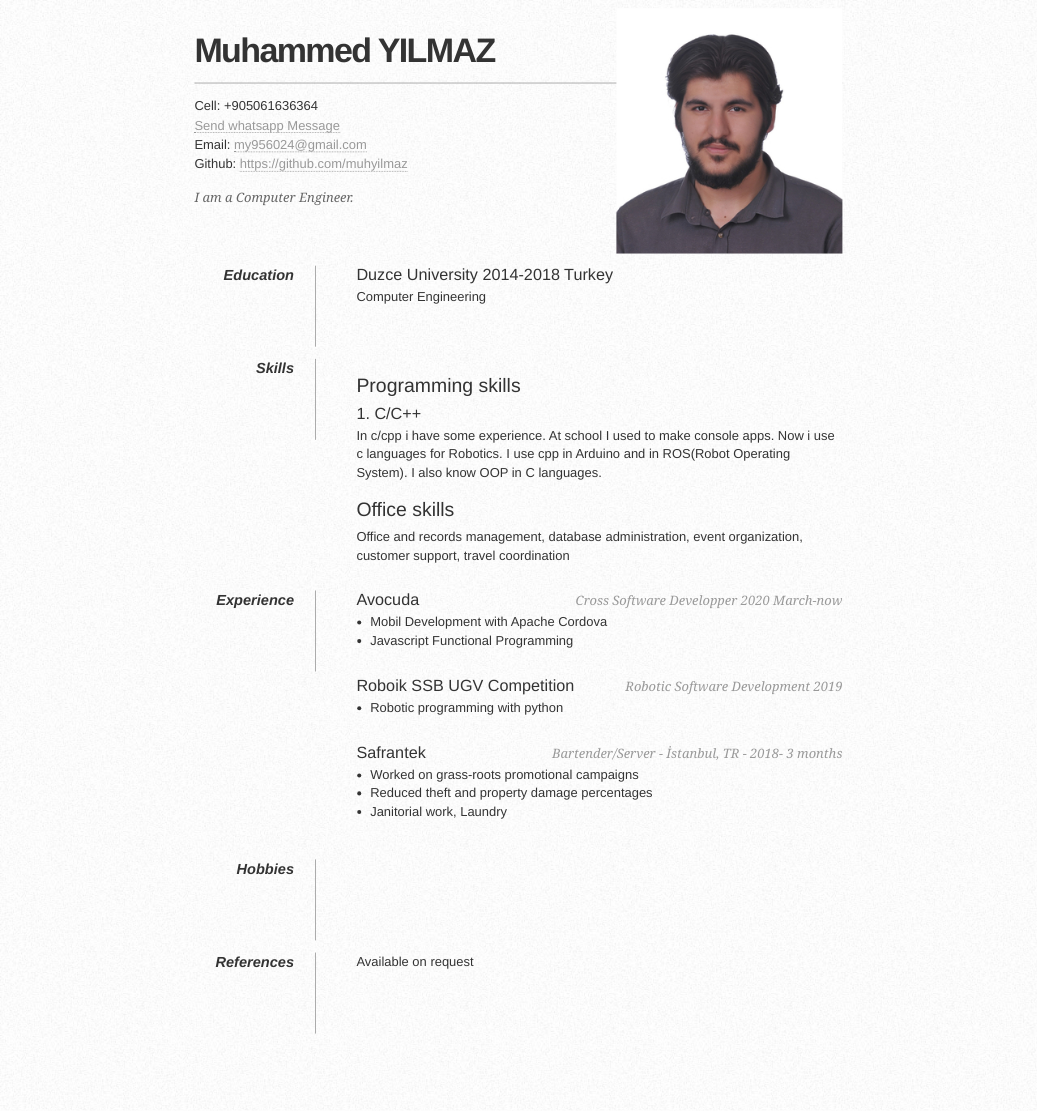
Repository: muhyilmaz/muhyilmaz.github.io
Page: index.html
The author's editor kept a copy of each file at every save. The page is drawn from the files as they stood at one save, then again after the next save.
The browser window is 1280 px wide. The pictures show the whole page, at 81% of full size.

Above is the page before, as saved 2020-06-08 18:32:17.

After the next save:
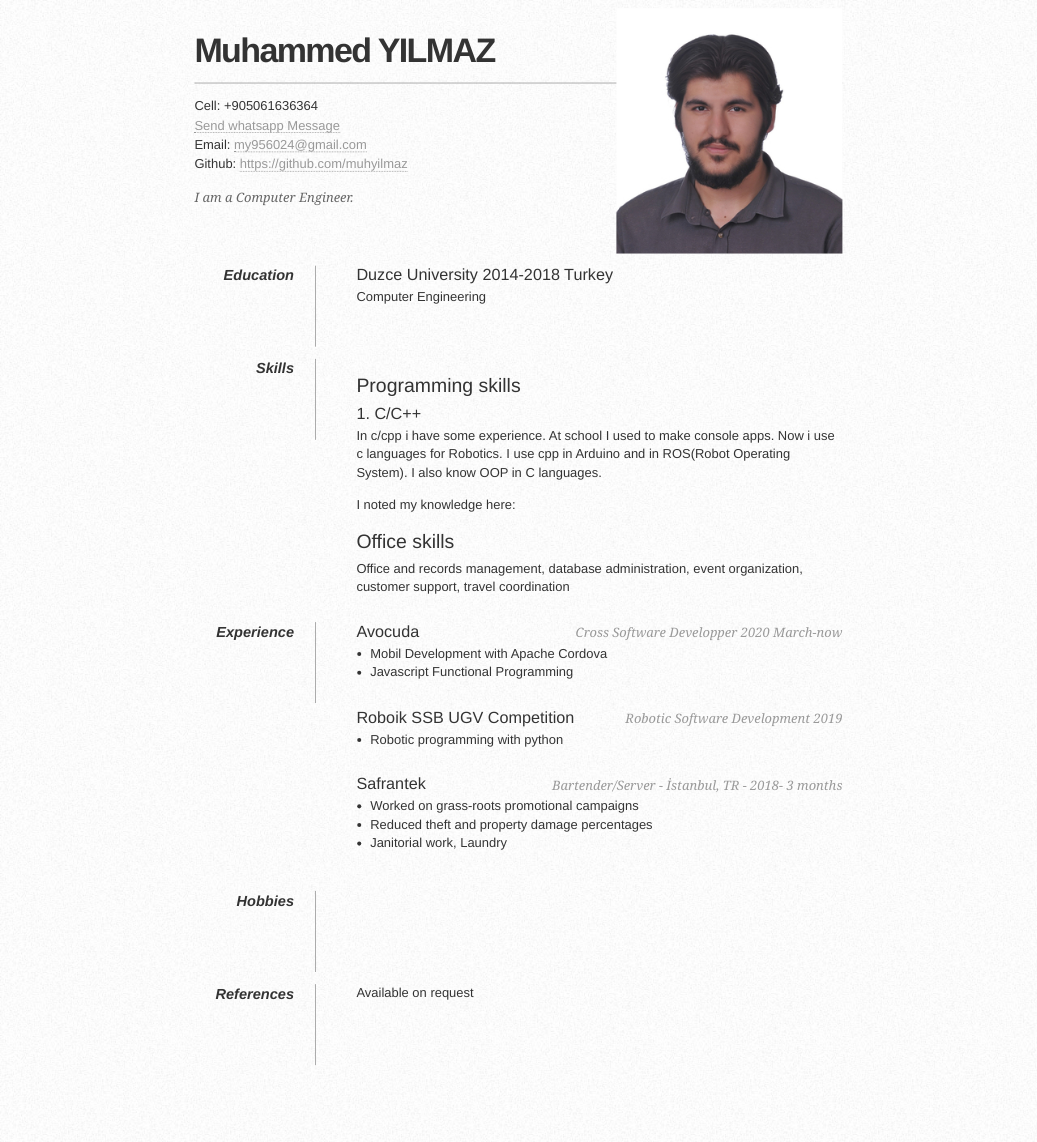
Saved 26 s later.
--- a/index.html
+++ b/index.html
@@ -87,6 +87,7 @@
 				<h3>Programming skills</h3>
 				<h2>1. C/C++</h2>
                 <p>In c/cpp i have some experience. At school I used to make console apps. Now i use c languages for Robotics. I use cpp in Arduino and in ROS(Robot Operating System). I also know OOP in C languages. </p>
+                I noted my knowledge here:
                 <!--
                 <div class="progress">
                     <div class="progress-bar progress-bar-info" role="progressbar" aria-valuenow="60" aria-valuemin="0" aria-valuemax="100" style="width:60%">
